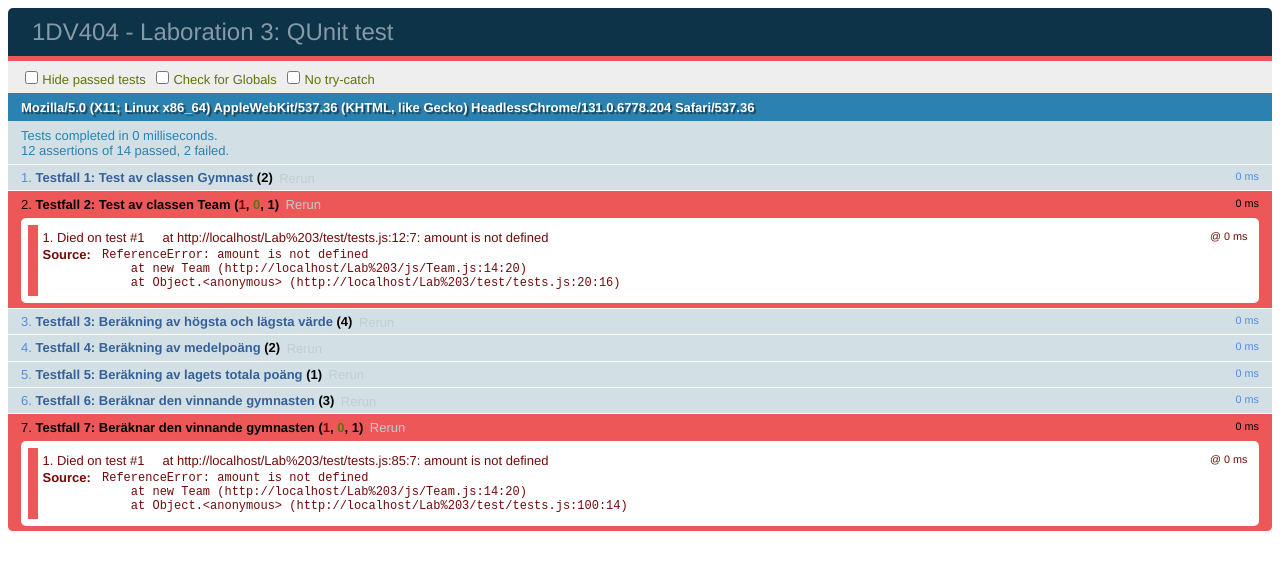
Repository: Holmewi/1dv404-jh222qr-laborationer
Page: Lab 3/test.html
The author's editor kept a record of every edit. The page is drawn from the files as they stood at one moment, then again after the next edit.
The browser window is 1280 px wide. The pictures show the whole page.

Above is the page before.

After the next edit:
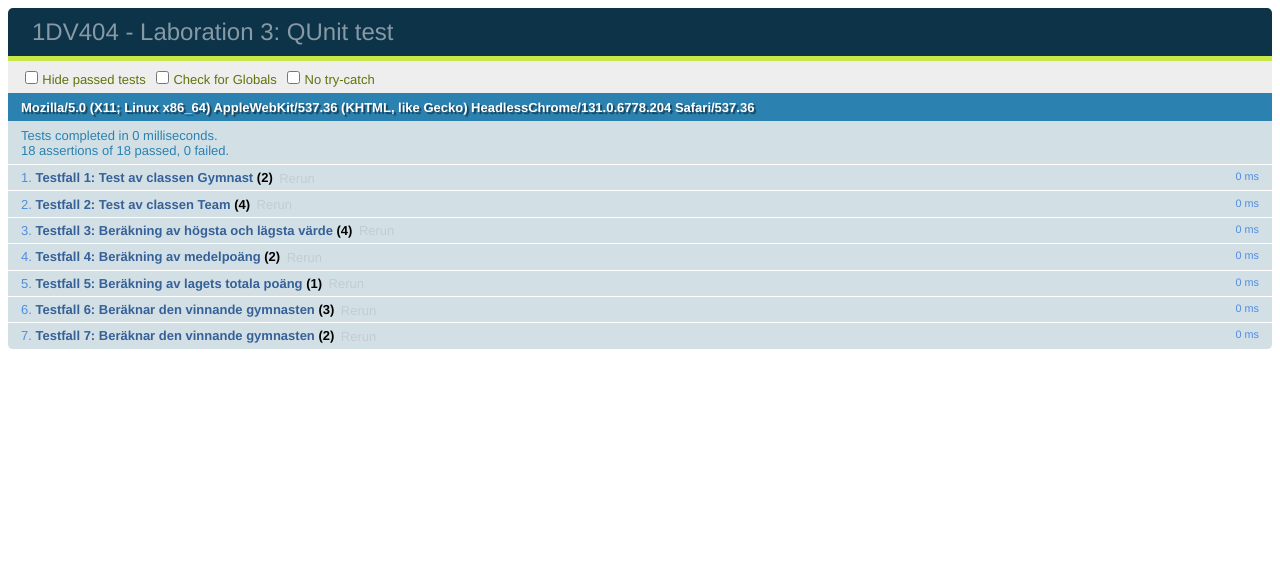
The edit:
--- a/Lab 3/js/Team.js
+++ b/Lab 3/js/Team.js
@@ -11,7 +11,6 @@
 
     this.setName(teamName);
     this.setId(teamId);
-    this.setAmount(amount);
     this.setGymnasts(gymnasts);
 
     console.log(gymnasts);
